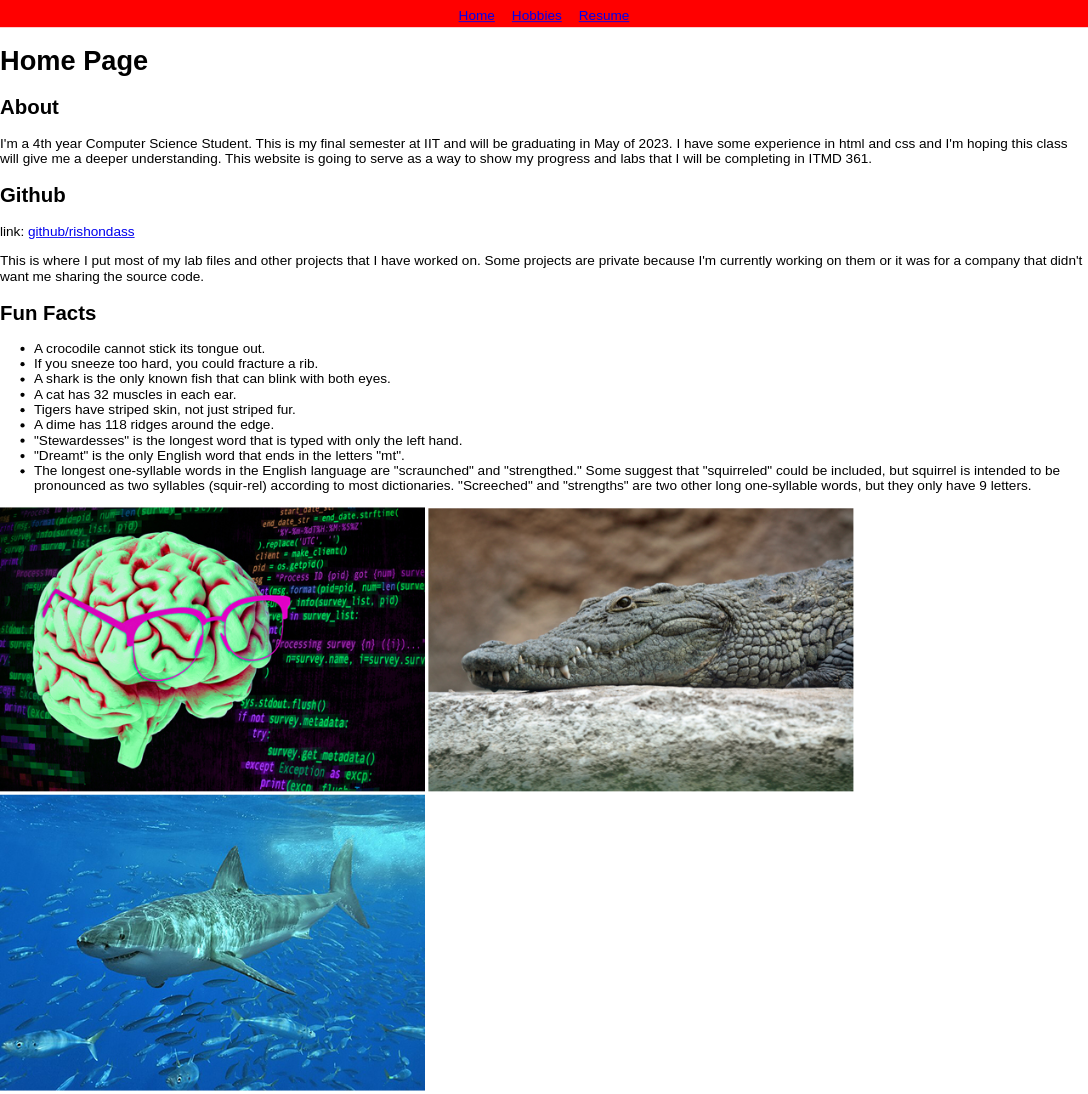
Repository: rishondass/ITMD361-Project2
Page: index.html
An editor plug-in stored every save of this project. The page is shown before and after the next save, followed by the edit.
The browser window is 1280 px wide. The pictures show the whole page, at 85% of full size.

Above is the page before, as saved 2023-03-07 21:12:49.

After the next save:
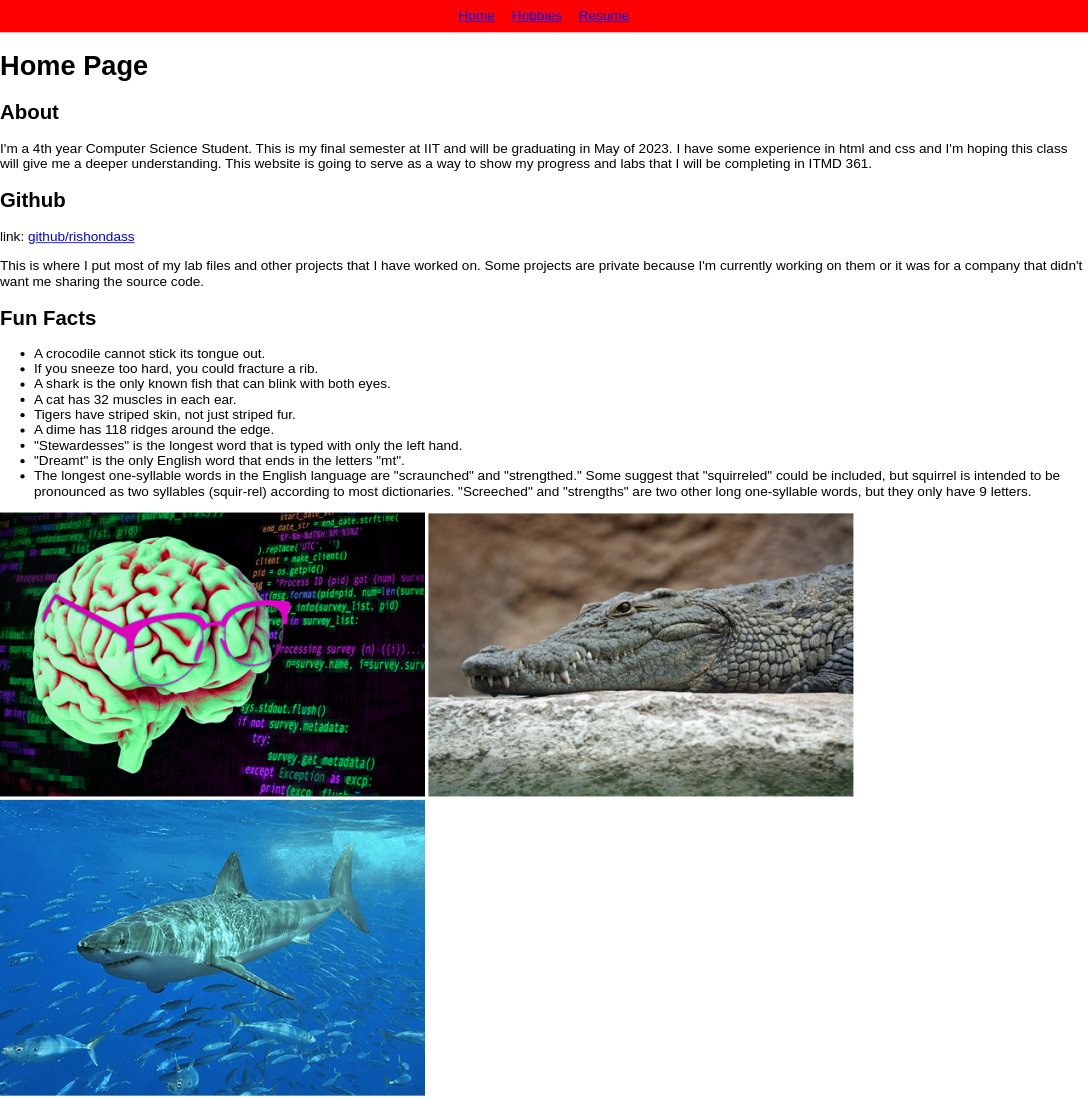
Saved 15 s later.
--- a/css/style.css
+++ b/css/style.css
@@ -9,7 +9,6 @@
     margin: 0;
     display: flex;
     justify-content: center;
-    height: 2rem;
 }
 
 #main-nav li{
